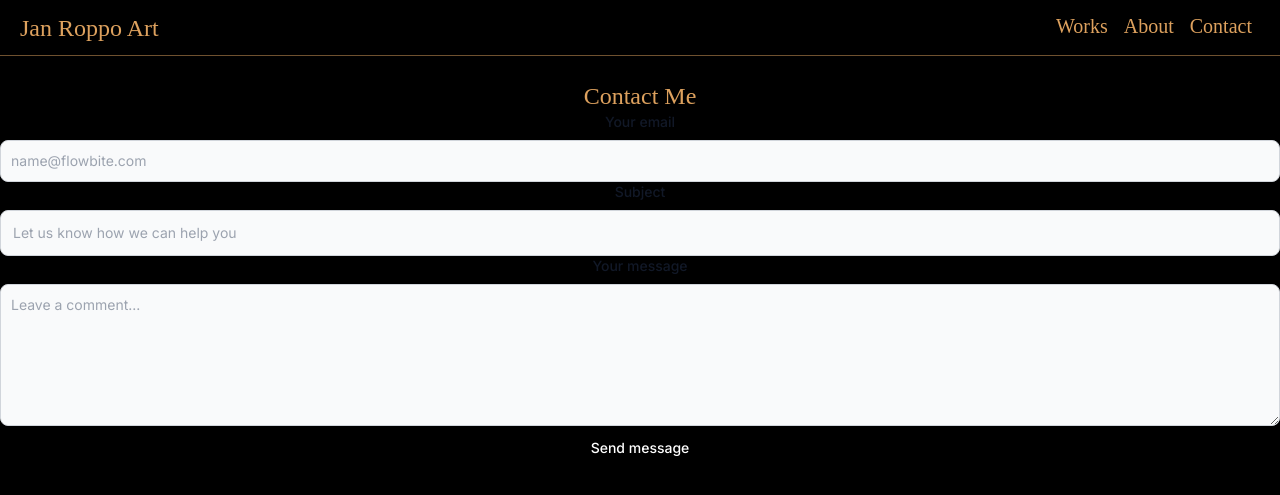
Repository: YanceMcFinn/JRArt
Page: /contact
An editor plug-in stored every save of this project. The page is shown before and after the next save, followed by the edit.
The browser window is 1280 px wide. The pictures show the whole page.
The project was rebuilt for these pictures with package versions that can differ from the ones it lists, and the page was loaded fresh each time. The framework's server and built-in components were replaced by stand-ins that run in the browser. Also part of the build but not shown: next.config.js.

Above is the page before, as saved 2023-10-19 20:20:39.

### app/layout.js
import './globals.css'
import { Inter } from 'next/font/google'

import Navbar from './components/Navbar'

const inter = Inter({ subsets: ['latin'] })

export const metadata = {
  title: 'Jan Roppo Art',
  description: 'The art of Jan Roppo',
}

export default function RootLayout({ children }) {
  return (
    <html lang="en">
      <body className={inter.className}>
        <Navbar />
        {children}
      </body>
    </html>
  )
}

### app/contact/page.jsx
'use client'

import Image from 'next/image'

export default function Contact() {
    return(
        <div className='text-main-color text-center justify-content-center mt-20'>
            <div className='title text-center text-2xl'>Contact Me</div>
                <form>
                    <div>
                        <label for="email" class="block mb-2 text-sm font-medium text-gray-900 dark:text-gray-300">Your email</label>
                        <input type="email" id="email" class="shadow-sm bg-gray-50 border border-gray-300 text-gray-900 text-sm rounded-lg focus:ring-primary-500 focus:border-primary-500 block w-full p-2.5 dark:bg-gray-700 dark:border-gray-600 dark:placeholder-gray-400 dark:text-white dark:focus:ring-primary-500 dark:focus:border-primary-500 dark:shadow-sm-light" placeholder="name@flowbite.com" required/>
                    </div>
                    <div>
                        <label for="subject" class="block mb-2 text-sm font-medium text-gray-900 dark:text-gray-300">Subject</label>
                        <input type="text" id="subject" class="block p-3 w-full text-sm text-gray-900 bg-gray-50 rounded-lg border border-gray-300 shadow-sm focus:ring-primary-500 focus:border-primary-500 dark:bg-gray-700 dark:border-gray-600 dark:placeholder-gray-400 dark:text-white dark:focus:ring-primary-500 dark:focus:border-primary-500 dark:shadow-sm-light" placeholder="Let us know how we can help you" required/>
                    </div>
                <div class="sm:col-span-2">
              <label for="message" class="block mb-2 text-sm font-medium text-gray-900 dark:text-gray-400">Your message</label>
              <textarea id="message" rows="6" class="block p-2.5 w-full text-sm text-gray-900 bg-gray-50 rounded-lg shadow-sm border border-gray-300 focus:ring-primary-500 focus:border-primary-500 dark:bg-gray-700 dark:border-gray-600 dark:placeholder-gray-400 dark:text-white dark:focus:ring-primary-500 dark:focus:border-primary-500" placeholder="Leave a comment..."></textarea>
          </div>
          <button type="submit" class="py-3 px-5 text-sm font-medium text-center text-white rounded-lg bg-primary-700 sm:w-fit hover:bg-primary-800 focus:ring-4 focus:outline-none focus:ring-primary-300 dark:bg-primary-600 dark:hover:bg-primary-700 dark:focus:ring-primary-800">Send message</button>
      </form>
        </div>
    )
}

### app/globals.css
@tailwind base;
@tailwind components;
@tailwind utilities;

body {
 background-color: black;
}

.title {
    font-family: 'Macondo', cursive;
}

### app/components/Navbar.jsx
import React from "react";

const Navbar = () => {
    return(
    <>
    <div className="top-0 w-full h-14 bg-black px-5 py-3 text-main-color border-b border-b-main-color/50 fixed">
      <div className="float-left title text-2xl">
        <a className="hover:text-white" href="/">Jan Roppo Art</a>
      </div>
      <div className="float-right title text-xl">
        <ul>
        <li className="inline px-2">
            <a href="/" className="hover:text-white">Works</a>
          </li>
          <li className="inline px-2">
            <a href="/about" className="hover:text-white">About</a>
          </li>
          <li className="inline px-2">
            <a href="/contact" className="hover:text-white">Contact</a>
          </li>
        </ul>
      </div>
    </div>
    </>

    )
}

export default Navbar

### tailwind.config.js
/** @type {import('tailwindcss').Config} */
module.exports = {
  content: [
    './pages/**/*.{js,ts,jsx,tsx,mdx}',
    './components/**/*.{js,ts,jsx,tsx,mdx}',
    './app/**/*.{js,ts,jsx,tsx,mdx}',
  ],
  theme: {
    extend: {
      backgroundImage: {
      },
      colors: {
        'main-color': '#dda15e'
      },
    },
  },
  plugins: [],
}

After the next save:
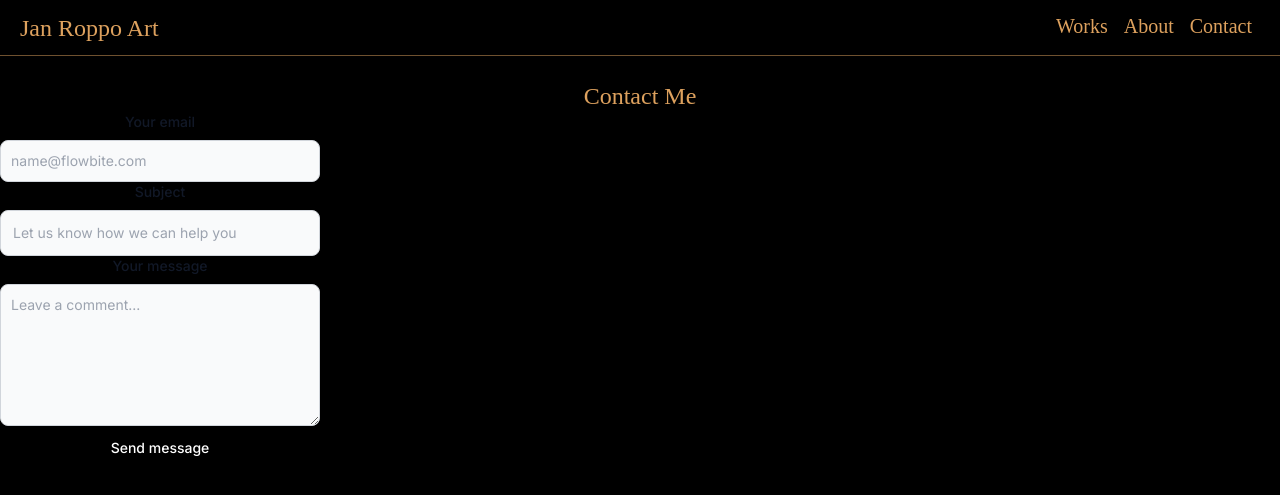
Saved 17 s later.
--- a/app/contact/page.jsx
+++ b/app/contact/page.jsx
@@ -6,7 +6,7 @@ export default function Contact() {
     return(
         <div className='text-main-color text-center justify-content-center mt-20'>
             <div className='title text-center text-2xl'>Contact Me</div>
-                <form>
+                <form className='w-80'>
                     <div>
                         <label for="email" class="block mb-2 text-sm font-medium text-gray-900 dark:text-gray-300">Your email</label>
                         <input type="email" id="email" class="shadow-sm bg-gray-50 border border-gray-300 text-gray-900 text-sm rounded-lg focus:ring-primary-500 focus:border-primary-500 block w-full p-2.5 dark:bg-gray-700 dark:border-gray-600 dark:placeholder-gray-400 dark:text-white dark:focus:ring-primary-500 dark:focus:border-primary-500 dark:shadow-sm-light" placeholder="name@flowbite.com" required/>
